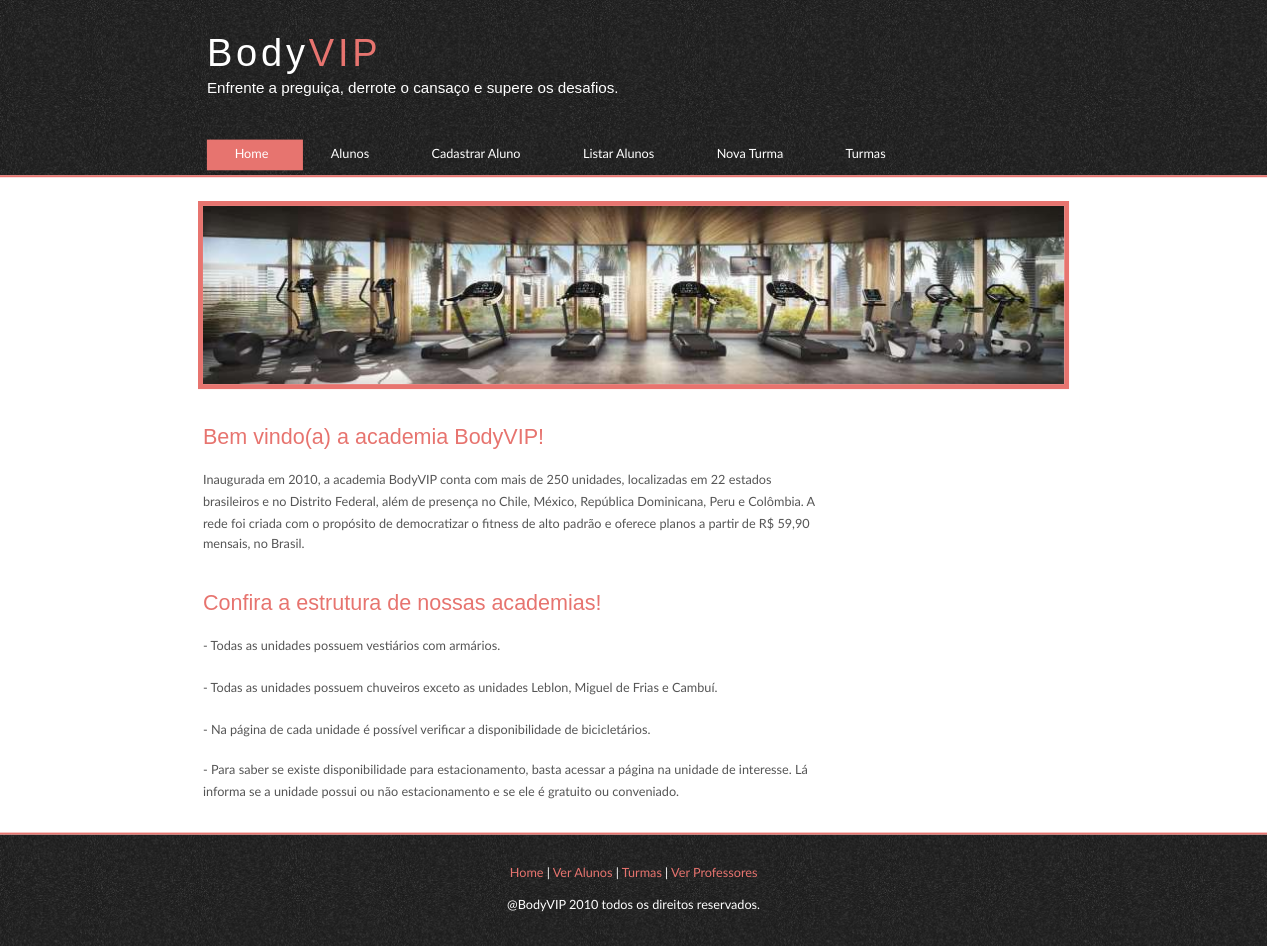
Repository: Thais-Ferreira/Projeto_bodyVIP
Page: http://localhost/BodyVIP/home.jsp
These files come from the project's save history. The page is drawn as it stood at one moment and after the next save; the edit follows.
The browser window is 1280 px wide. The pictures show the whole page, at 99% of full size.
The page is served by Tomcat 9. Other server files are loaded and not shown.

Above is the page before, as saved 2017-06-20 18:20:50.

### BodyVIP/WebContent/home.jsp
<%@ page language="java" contentType="text/html; charset=ISO-8859-1"
    pageEncoding="ISO-8859-1"%>
<!DOCTYPE html PUBLIC "-//W3C//DTD HTML 4.01 Transitional//EN" "http://www.w3.org/TR/html4/loose.dtd">
<html>
<head>
	<meta http-equiv="Content-Type" content="text/html; charset=ISO-8859-1">
	<link rel="stylesheet" type="text/css" href="css/style.css" />
	<title>Home</title>
</head>
<body>
	<div id="main">
    <div id="header">
      <div id="logo">
        <div id="logo_text">
          <h1><a href="home.jsp">Body<span class="logo_colour">VIP</span></a></h1>
          <h2>Enfrente a preguiça, derrote o cansaço e supere os desafios.</h2>
        </div>
      </div>
      <div id="menubar">
        <ul id="menu">
          <li class="selected"><a href="home.jsp">Home</a></li>
          <li><a href="#">Alunos</a>
          	<ul id="menu">
          		<li><a href="AlunoController?acao=cadastro">Cadastrar Aluno</a></li>
          		<li><a href="AlunoController?acao=buscaLista">Listar Alunos</a></li>
          	</ul>
          </li>
          <li><a href="TurmaController?acao=cadastro">Nova Turma</a></li>
          <li><a href="TurmaController?acao=buscaLista">Turmas</a></li>
          <li><a href="ProfessorController?acao=cadastro">Novo Professor</a></li>
          <li><a href="ProfessorController?acao=buscaLista">Professores</a></li>
        </ul>
      </div>
    </div>
    <div id="content_header"></div>
    <div id="site_content">
      <div id="banner"></div>

      <div id="content">
        <h1>Bem vindo(a) a academia BodyVIP!</h1>
        <p>Inaugurada em 2010, a academia BodyVIP conta com mais de 250 unidades, localizadas em 22 estados brasileiros
        e no Distrito Federal, além de presença no Chile, México, República Dominicana, Peru e Colômbia.
        A rede foi criada com o propósito de democratizar o fitness de alto padrão e oferece planos
        a partir de R$ 59,90 mensais, no Brasil.
		</p>
        <h1>Confira a estrutura de nossas academias!</h1>
        <p>- Todas as unidades possuem vestiários com armários.</p>
        <p>- Todas as unidades possuem chuveiros exceto as unidades Leblon, Miguel de Frias e Cambuí.</p>
        <p>- Na página de cada unidade é possível verificar a disponibilidade de bicicletários. </p>
        <p>- Para saber se existe disponibilidade para estacionamento, basta acessar a página na unidade de
        interesse. Lá informa se a unidade possui ou não estacionamento e se ele é gratuito ou conveniado. </p>
      </div>
    </div>
    <div id="content_footer"></div>
    <div id="footer">
      <p><a href="home.jsp">Home</a> | <a href="AlunoController?acao=buscaLista">Ver Alunos</a> | <a href="another_page.html">Turmas</a> | <a href="ProfessorController?acao=buscaLista">Ver Professores</a></p>
      <p>@BodyVIP 2010 todos os direitos reservados.</p>
    </div>
  </div>
</body>
</html>

### BodyVIP/WebContent/css/style.css
@CHARSET "ISO-8859-1";

html
{ height: 100%;}

*
{ margin: 0;
  padding: 0;}

body
{ font: normal .80em 'trebuchet ms', arial, sans-serif;
  background: #FFF;
  color: #555;}

p
{ padding: 0 0 20px 0;
  line-height: 1.7em;}

img
{ border: 0;}

h1, h2, h3, h4, h5, h6
{ color: #E7746F;
  letter-spacing: 0em;
  padding: 0 0 5px 0;}

h1, h2, h3
{ font: normal 170% 'century gothic', arial;
  margin: 0 0 15px 0;
  padding: 15px 0 5px 0;}

h2
{ font-size: 160%;
  padding: 9px 0 5px 0;}

h3
{ font-size: 140%;
  padding: 5px 0 0 0;}

h4, h6
{ color: #009FBC;
  padding: 0 0 5px 0;
  font: normal 110% arial;
  text-transform: uppercase;}

h5, h6
{ color: #888;
  font: normal 95% arial;
  letter-spacing: normal;
  padding: 0 0 15px 0;}

a, a:hover
{ outline: none;
  text-decoration: underline;
  color: #009FBC;}

a:hover
{ text-decoration: none;}

blockquote
{ margin: 20px 0;
  padding: 10px 20px 0 20px;
  border: 1px solid #E5E5DB;
  background: #FFF;}

ul
{ margin: 2px 0 22px 17px;}

ul li
{ list-style-type: circle;
  margin: 0 0 6px 0;
  padding: 0 0 4px 5px;
  line-height: 1.5em;}

ol
{ margin: 8px 0 22px 20px;}

ol li
{ margin: 0 0 11px 0;}

.left
{ float: left;
  width: auto;
  margin-right: 10px;}

.right
{ float: right;
  width: auto;
  margin-left: 10px;}

.center
{ display: block;
  text-align: center;
  margin: 20px auto;}

#main, #logo, #menubar, #site_content, #footer
{ margin-left: auto;
  margin-right: auto;}

#header
{ background: #1d1d1d url(../imagens/pattern.png) repeat;
  border-bottom: 2px solid #E7746F;
  height: 177px;}

#banner
{ background: transparent url(../imagens/banner.jpg) no-repeat;
  width: 870px;
  height: 180px;
  margin-bottom: 20px;
  border: 5px solid #E7746F;}

#logo
{ width: 880px;
  position: relative;
  height: 140px;
  background: transparent;}

#logo #logo_text
{ position: absolute;
  top: 10px;
  left: 0;}

#logo h1, #logo h2
{ font: normal 300% 'century gothic', arial, sans-serif;
  border-bottom: 0;
  text-transform: none;
  margin: 0 0 0 9px;}

#logo_text h1, #logo_text h1 a, #logo_text h1 a:hover
{ padding: 22px 0 0 0;
  color: #FFF;
  letter-spacing: 0.1em;
  text-decoration: none;}

#logo_text h1 a .logo_colour
{ color: #E7746F;}

#logo_text a:hover .logo_colour
{ color: #FFF;}

#logo_text h2
{ font-size: 120%;
  padding: 4px 0 0 0;
  color: #FFF;}

#menubar
{ width: 880px;
  height: 46px;}

ul#menu
{ float: none;
  margin: 0;}

ul#menu li
{ float: none;
  padding: 0 0 0 9px;
  list-style: none;
  margin: 1px 2px 0 0;
  background: transparent;}

ul#menu li a
{ font: normal 100% 'trebuchet ms', sans-serif;
  display: block;
  float: left;
  height: 20px;
  padding: 6px 35px 5px 28px;
  text-align: center;
  color: #FFF;
  text-decoration: none;
  background: transparent;}

ul#menu li.selected a
{ height: 20px;
  padding: 6px 35px 5px 28px;}

ul#menu li.selected
{ margin: 1px 2px 0 0;
  background: #E7746F;}

ul#menu li.selected a, ul#menu li.selected a:hover
{ background: #E7746F;
  color: #FFF;}

ul#menu li a:hover
{ color: #FFF;
  background: #E7746F;}

#site_content
{ width: 880px;
  overflow: hidden;
  margin: 20px auto 0 auto;
  padding: 0 0 10px 0;}

#sidebar_container
{ float: right;
  width: 224px;}

.sidebar_top
{ width: 222px;
  height: 14px;
  background: transparent url(../imagens/side_top.png) no-repeat;}

.sidebar_base
{ width: 222px;
  height: 14px;
  background: url(../imagens/side_base.png) no-repeat;}

.sidebar
{ float: right;
  width: 222px;
  padding: 0;
  margin: 0 0 16px 0;}

.sidebar_item
{ background: url(../imagens/side_back.png) repeat-y;
  padding: 0 15px;
  width: 192px;}

.sidebar li a.selected
{ color: #444;}

.sidebar ul
{ margin: 0;}

#content
{ text-align: left;
  width: 620px;
  padding: 0 0 0 5px;
  float: left;}

#content ul
{ margin: 2px 0 22px 0px;}

#content ul li, .sidebar ul li
{ list-style-type: none;
  background: url(../imagens/bullet.png) no-repeat;
  margin: 0 0 0 0;
  padding: 0 0 4px 25px;
  line-height: 1.5em;}

#footer
{ width: 100%;
  font-family: 'trebuchet ms', sans-serif;
  font-size: 100%;
  height: 80px;
  padding: 28px 0 5px 0;
  text-align: center;
  background: transparent url(../imagens/pattern.png) repeat;
  border-top: 2px solid #E7746F;
  color: #FFF;}

#footer p
{ line-height: 1.7em;
  padding: 0 0 10px 0;}

#footer a
{ color: #E7746F;
  text-decoration: none;}

#footer a:hover
{ color: #FFF;
  text-decoration: none;}

.search
{ color: #5D5D5D;
  border: 1px solid #BBB;
  width: 134px;
  padding: 4px;
  font: 100% arial, sans-serif;}

.form_settings
{ margin: 15px 0 0 0;}

.form_settings p
{ padding: 0 0 4px 0;}

.form_settings span
{ float: left;
  width: 200px;
  text-align: left;}

.form_settings input, .form_settings textarea
{ padding: 5px;
  width: 299px;
  font: 100% arial;
  border: 1px solid #E5E5DB;
  background: #FFF;
  color: #47433F;}

.form_settings .submit
{ font: 100% arial;
  border: 0;
  width: 99px;
  margin: 0 0 0 212px;
  height: 33px;
  padding: 2px 0 3px 0;
  cursor: pointer;
  background: #E7746F;
  color: #FFF;}

.form_settings textarea, .form_settings select
{ font: 100% arial;
  width: 299px;}

.form_settings select
{ width: 310px;}

.form_settings .checkbox
{ margin: 4px 0;
  padding: 0;
  width: 14px;
  border: 0;
  background: none;}

.separator
{ width: 100%;
  height: 0;
  border-top: 1px solid #D9D5CF;
  border-bottom: 1px solid #FFF;
  margin: 0 0 20px 0;}

table
{ margin: 0 0 30px 0;}

table tr th, table tr td
{ background: #E5E5DB;
  color: #47433F;
  padding: 7px 4px;
  text-align: center;}

table tr td
{ background: #E5E5DB;
  color: #47433F;
  border-top: 1px solid #FFF;}

After the next save:
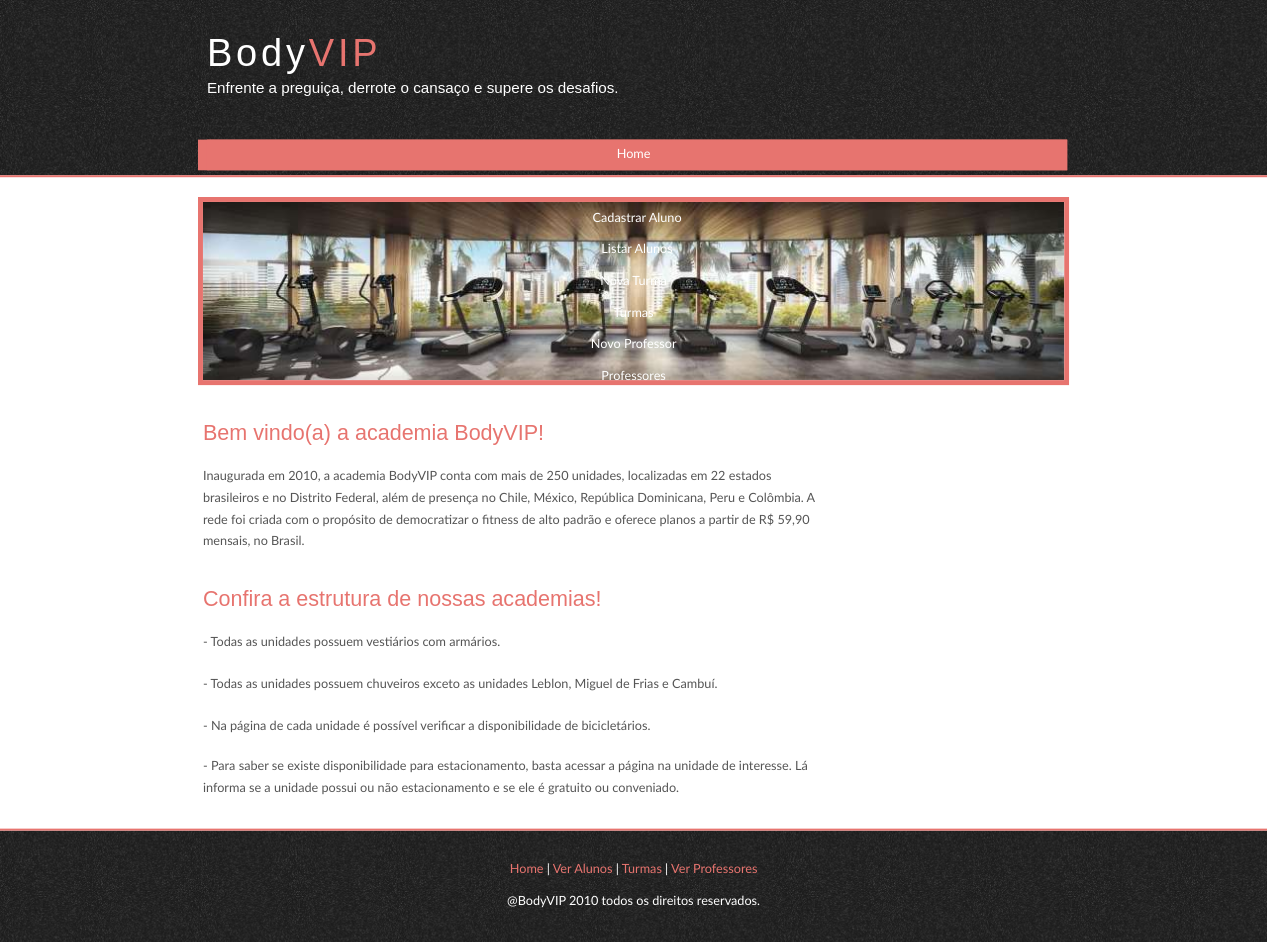
Saved 94 s later.
--- a/BodyVIP/WebContent/css/style.css
+++ b/BodyVIP/WebContent/css/style.css
@@ -161,7 +161,7 @@ ul#menu li
 ul#menu li a
 { font: normal 100% 'trebuchet ms', sans-serif;
   display: block;
-  float: left;
+  float: none;
   height: 20px;
   padding: 6px 35px 5px 28px;
   text-align: center;
